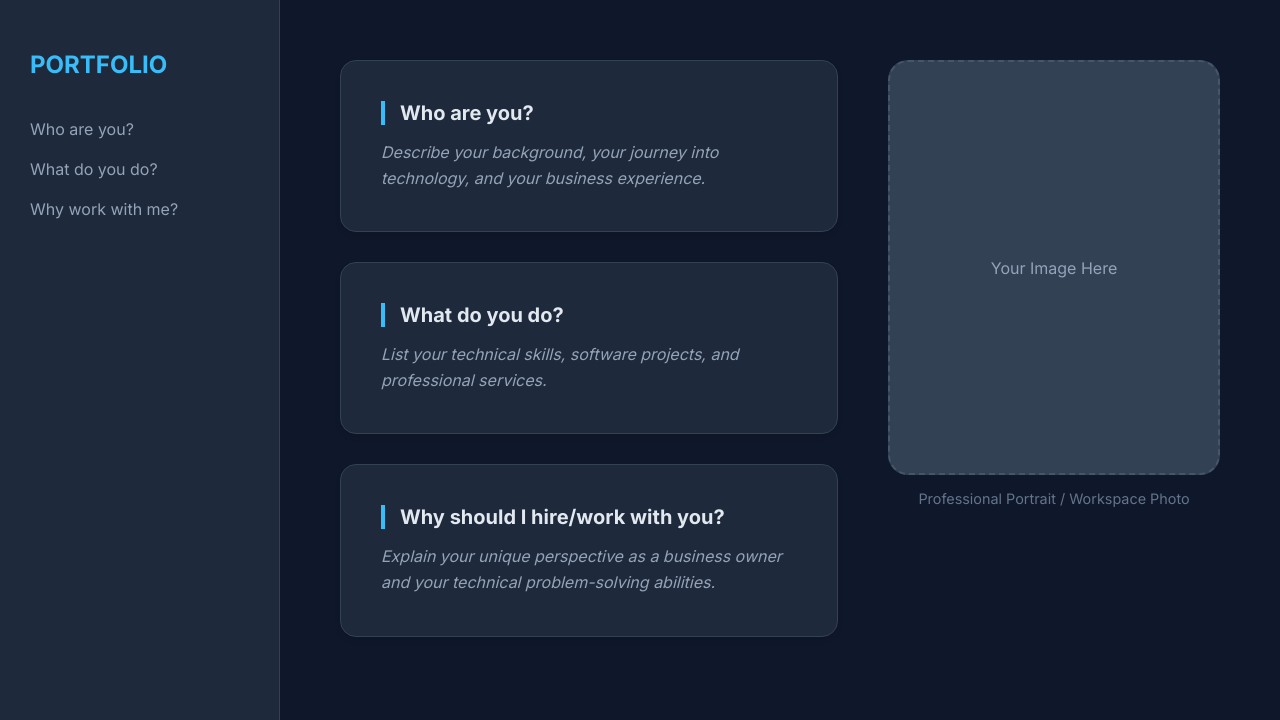
Repository: KevinSamaha/Kevin_Samaha
Page: index.html
The author's editor kept a copy of each file at every save. The page is drawn from the files as they stood at one save, then again after the next save.
The browser window is 1280 px wide. The pictures show the whole page.

Above is the page before, as saved 2026-05-03 14:04:07.

After the next save:
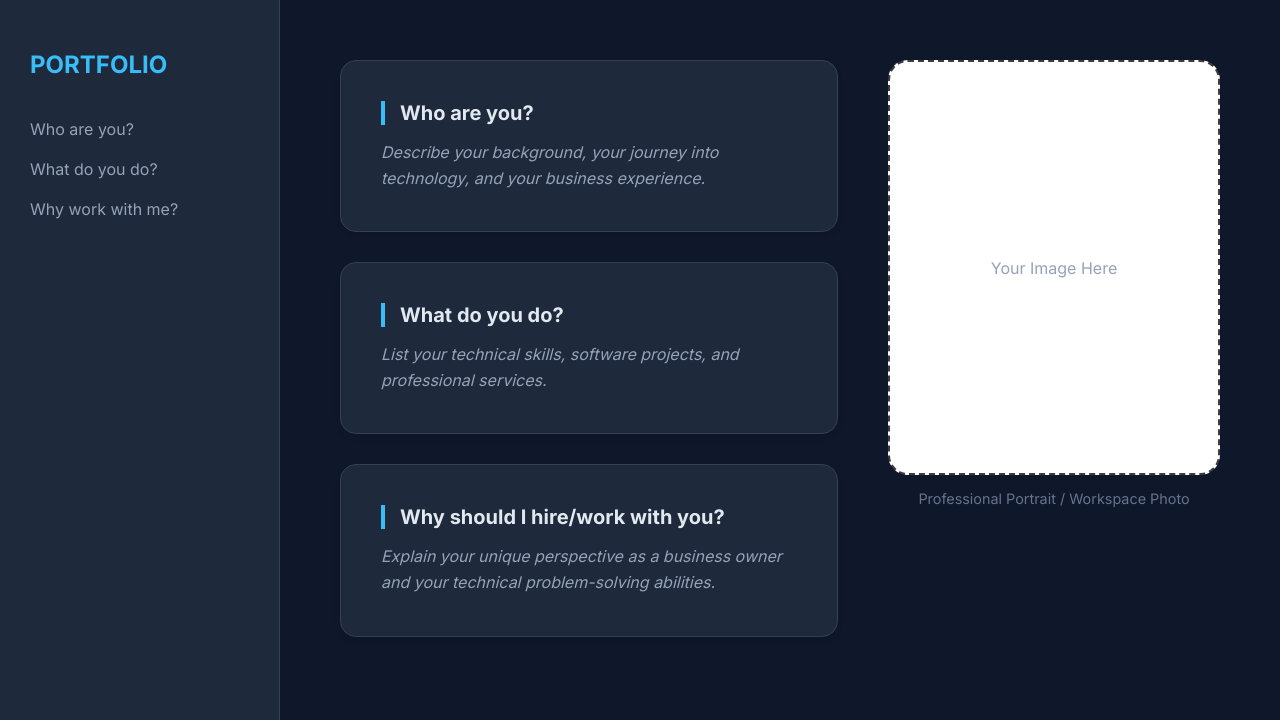
Saved 42 s later.
--- a/style.css
+++ b/style.css
@@ -111,8 +111,8 @@ h2 {
 .profile-frame {
     width: 100%;
     aspect-ratio: 4 / 5;
-    background-color: #334155;
-    border: 2px dashed #475569;
+    background-color: #ffffff;
+    border: 2px dashed #3d3d3d;
     border-radius: 20px;
     display: flex;
     align-items: center;
